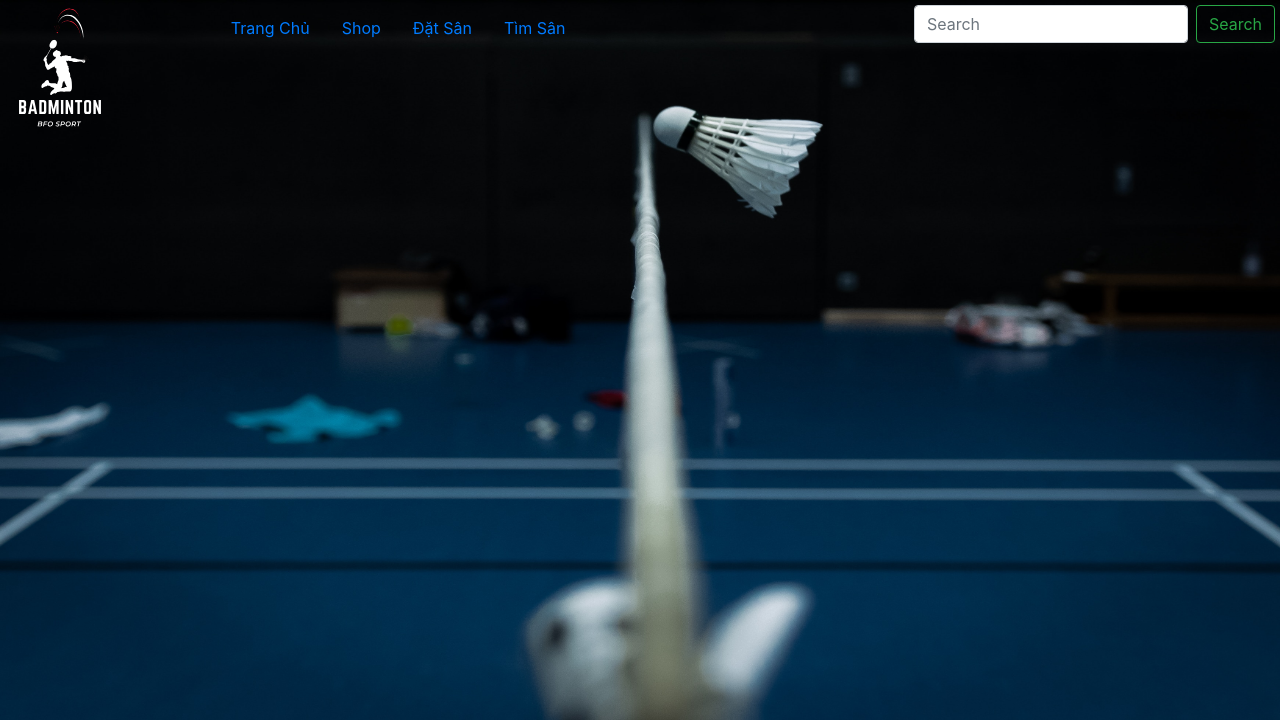
Repository: tsthuy/Badminton
Page: index.html
The author's editor kept a copy of each file at every save. The page is drawn from the files as they stood at one save, then again after the next save.
The browser window is 1280 px wide. The pictures show the whole page.
Some web libraries are served in a nearby version.

Above is the page before, as saved 2023-10-13 21:13:17.

After the next save:
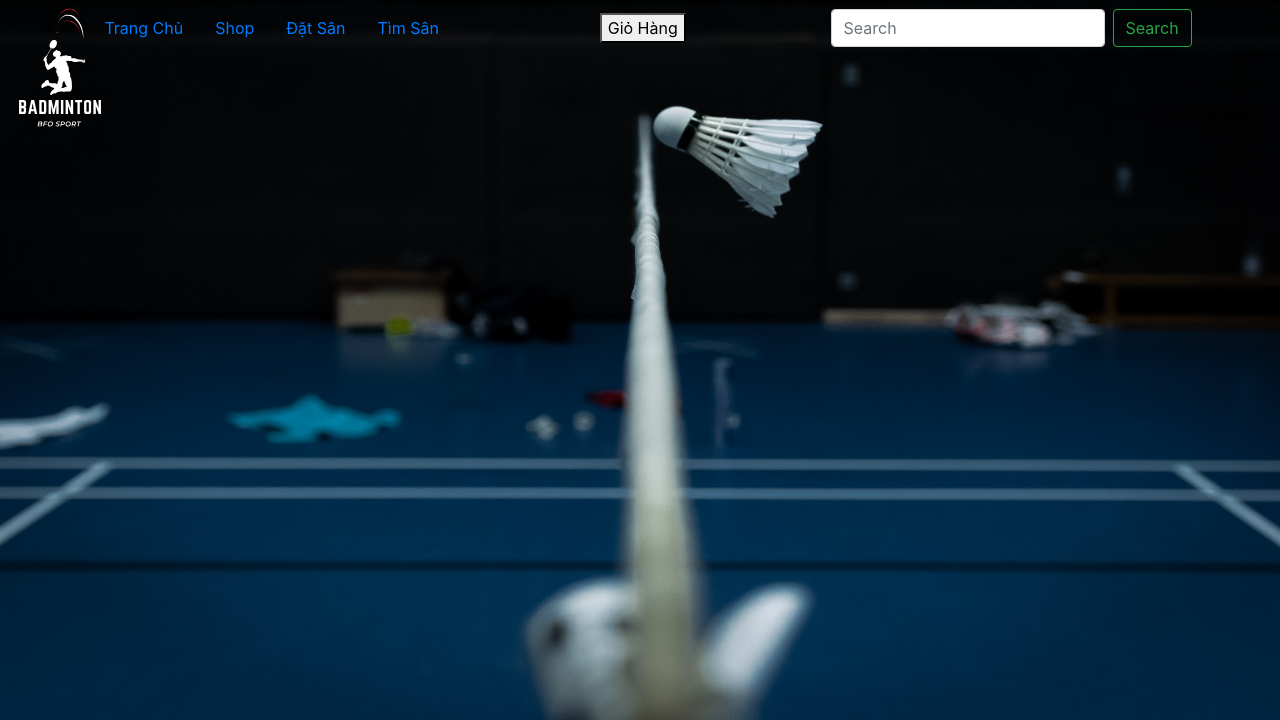
Saved 14 s later.
--- a/main.css
+++ b/main.css
@@ -19,7 +19,7 @@
 }
 .form_header
 {
-    position: absolute;
+    /* position: absolute;
     right: 5px;
-    top: 5px;
+    top: 5px; */
 }
